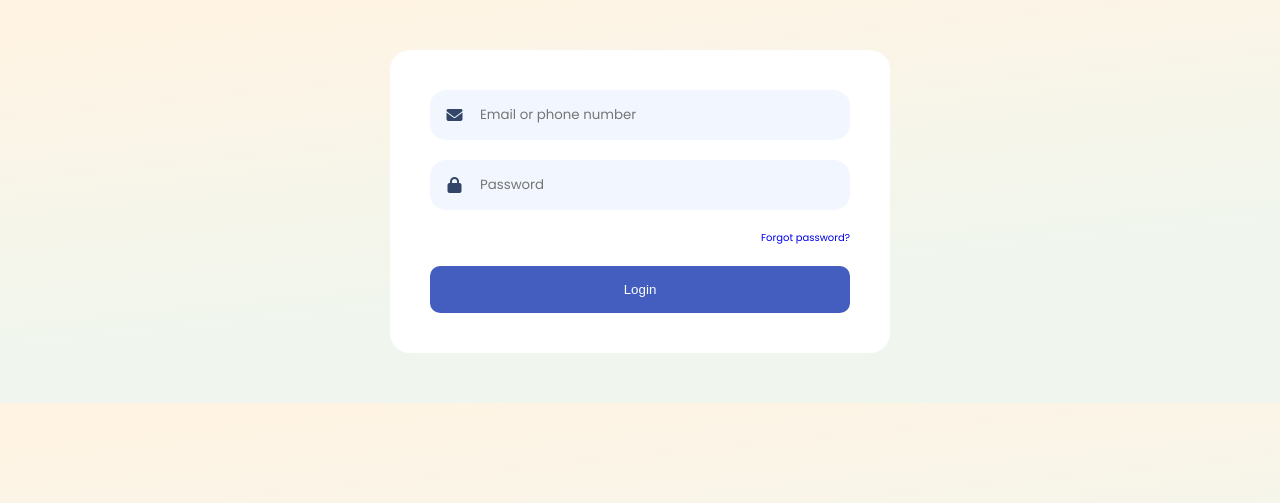
Repository: VuTuanAnh0949/loginForm
Page: index.html
These files come from the project's save history. The page is drawn as it stood at one moment and after the next save; the edit follows.
The browser window is 1280 px wide. The pictures show the whole page.

Above is the page before, as saved 2022-04-15 20:56:31.

After the next save:
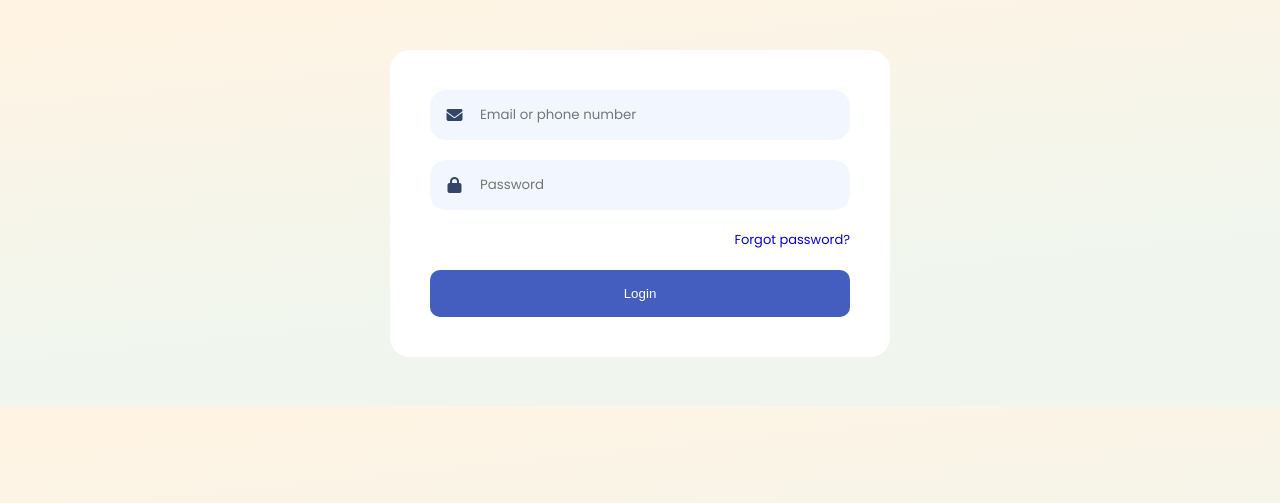
Saved 5 s later.
--- a/style.css
+++ b/style.css
@@ -52,5 +52,5 @@ border-radius: 20px;
   text-decoration: none;
   text-align: right;
   margin-bottom: 20px;
-  font-size: 10px;
+  font-size: 13px;
 }
